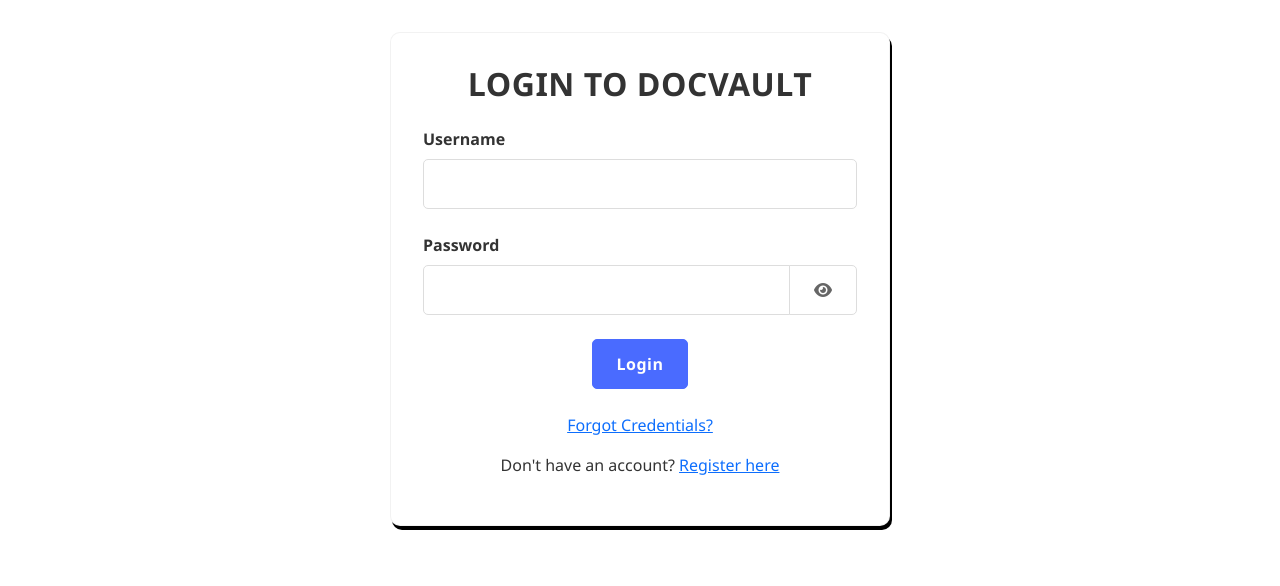
Repository: Satyaveni-Devisetti/DocVault
Page: login.html
An editor plug-in stored every save of this project. The page is shown before and after the next save, followed by the edit.
The browser window is 1280 px wide. The pictures show the whole page.

Above is the page before, as saved 2025-04-28 14:32:40.
Console error: ReferenceError: emailjs is not defined

### login.html
<!DOCTYPE html>
<html lang="en">
<head>
    <meta charset="UTF-8">
    <meta name="viewport" content="width=device-width, initial-scale=1.0">
    <title>Login - DocVault</title>
    <link href="https://cdn.jsdelivr.net/npm/bootstrap@5.3.0/dist/css/bootstrap.min.css" rel="stylesheet">
    <link rel="stylesheet" href="https://cdnjs.cloudflare.com/ajax/libs/font-awesome/6.0.0/css/all.min.css">
    <link rel="stylesheet" href="styles.css">
</head>
<body>
    <div class="container" >
        <div class="row justify-content-center" >
            <div class="col-md-6">
                <div class="form-container fade-in" style="box-shadow: 2px 4px black;">
                    <h2 class="text-center mb-4">Login to DocVault</h2>
                    <div id="alert-container"></div>
                    <form id="login-form">
                        <div class="form-group">
                            <label for="username">Username</label>
                            <input type="text" class="form-control" id="username" name="username" required>
                        </div>
                        <div class="form-group">
                            <label for="password">Password</label>
                            <div class="input-group">
                                <input type="password" class="form-control" id="password" name="password" required>
                                <button class="btn btn-outline-secondary" type="button" id="toggle-password">
                                    <i class="fas fa-eye"></i>
                                </button>
                            </div>
                        </div>
                        <div class="form-group text-center">
                            <button type="submit" class="btn btn-primary btn-block" id="login-button">
                                <span class="button-text">Login</span>
                                <span class="loading d-none"></span>
                            </button>
                        </div>
                        <div class="text-center mt-3">
                            <a href="#" id="forgot-credentials">Forgot Credentials?</a>
                        </div>
                        <div class="text-center mt-3">
                            <p>Don't have an account? <a href="register.html">Register here</a></p>
                        </div>
                    </form>
                </div>
            </div>
        </div>
    </div>

    <!-- Forgot Credentials Modal -->
    <div class="modal fade" id="forgotModal" tabindex="-1">
        <div class="modal-dialog">
            <div class="modal-content">
                <div class="modal-header">
                    <h5 class="modal-title">Recover Credentials</h5>
                    <button type="button" class="btn-close" data-bs-dismiss="modal"></button>
                </div>
                <div class="modal-body">
                    <form id="forgot-form">
                        <div class="form-group">
                            <label for="email">Enter your registered email</label>
                            <input type="email" class="form-control" id="email" name="email" required>
                        </div>
                        <div class="text-center mt-3">
                            <button type="submit" class="btn btn-primary" id="recover-button">
                                <span class="button-text">Recover</span>
                                <span class="loading d-none"></span>
                            </button>
                        </div>
                    </form>
                </div>
            </div>
        </div>
    </div>

    <script src="https://cdn.jsdelivr.net/npm/bootstrap@5.3.0/dist/js/bootstrap.bundle.min.js"></script>
    <script src="https://cdn.jsdelivr.net/npm/@emailjs/browser@3/dist/email.min.js"></script>
    <script>
        (function() {
            emailjs.init("6gwUhzhyxF_mAox_I");
        })();
    </script>
    <script src="script.js"></script>
</body>
</html>

### styles.css
:root {
    --primary-color: #4a6bff;
    --secondary-color: #f8f9fa;
    --text-color: #333;
    --success-color: #28a745;
    --error-color: #dc3545;
}

body {
    font-family: 'Segoe UI', Tahoma, Geneva, Verdana, sans-serif;
    margin: 0;
    padding: 0;
    color: var(--text-color);
}

/* Index Page Styles */
.left-side {
    background-color: var(--secondary-color);
    padding: 2rem;
    display: flex;
    align-items: center;
    justify-content: center;
}

.right-side {
    background-color: white;
    padding: 2rem;
    display: flex;
    flex-direction: column;
    align-items: center;
    justify-content: center;
}

.content h1 {
    font-size: 2.5rem;
    margin-bottom: 1rem;
    color: var(--primary-color);
}

.features {
    list-style: none;
    padding: 0;
}

.features li {
    margin: 1rem 0;
    font-size: 1.1rem;
}

.features i {
    color: var(--primary-color);
    margin-right: 0.5rem;
}

.auth-buttons {
    margin-bottom: 2rem;
}

.auth-buttons .btn {
    margin: 0 0.5rem;
    padding: 0.5rem 1.5rem;
}

.icon-container {
    font-size: 8rem;
    color: var(--primary-color);
    animation: float 3s ease-in-out infinite;
}

@keyframes float {
    0% {
        transform: translateY(0px);
    }
    50% {
        transform: translateY(-20px);
    }
    100% {
        transform: translateY(0px);
    }
}

/* Card and Container Base Styles */
.form-container, .file-card, .alert {
    background: #ffffff;
    border-radius: 10px;
    border: 1px solid rgba(0, 0, 0, 0.05);
    box-shadow: rgba(99, 99, 99, 0.1) 0px 2px 8px 0px, rgba(0, 0, 0, 0.05) 0px 0px 0px 1px;
    transition: all 0.3s ease;
}

.form-container:hover, .file-card:hover {
    box-shadow: rgba(0, 0, 0, 0.1) 0px 10px 15px -3px, rgba(0, 0, 0, 0.05) 0px 4px 6px -2px;
}

.form-container {
    max-width: 500px;
    width: 95%;
    margin: 2rem auto;
    padding: 2rem;
}

.form-container h2 {
    color: #333;
    font-weight: 700;
    margin-bottom: 2rem;
    font-size: clamp(1.5rem, 4vw, 2rem);
    text-transform: uppercase;
    letter-spacing: 0.5px;
}

/* Section Headers */
.section-headers {
    display: flex;
    justify-content: center;
    gap: clamp(1rem, 3vw, 2rem);
    margin-bottom: 2rem;
    padding-bottom: 0.5rem;
    border-bottom: 2px solid #e9ecef;
    flex-wrap: wrap;
}

.section-title {
    color: #666;
    font-size: clamp(1rem, 3vw, 1.25rem);
    font-weight: 600;
    cursor: pointer;
    padding: 0.5rem 1rem;
    margin: 0;
    transition: all 0.3s ease;
    position: relative;
    border: none;
    background: none;
    outline: none;
    white-space: nowrap;
}

.section-title:hover {
    color: var(--primary-color);
}

.section-title.active {
    color: var(--primary-color);
}

.section-title.active::after {
    content: '';
    position: absolute;
    bottom: -0.5rem;
    left: 0;
    width: 100%;
    height: 3px;
    background-color: var(--primary-color);
    transition: all 0.3s ease;
}

/* Form Styles */
.update-form {
    opacity: 0;
    display: none;
    transition: opacity 0.3s ease;
    position: relative;
}

.update-form.active {
    opacity: 1;
    display: block;
}

.form-group {
    margin-bottom: 1.5rem;
}

.form-group label {
    display: block;
    margin-bottom: 0.5rem;
    font-weight: 600;
    color: #333;
    font-size: clamp(0.875rem, 2vw, 1rem);
}

.form-control {
    padding: clamp(0.5rem, 2vw, 0.75rem);
    border-radius: 5px;
    border: 1px solid #ddd;
    width: 100%;
    font-size: clamp(0.875rem, 2vw, 1rem);
    background-color: white;
}

.form-control:focus {
    border-color: var(--primary-color);
    box-shadow: 0 0 0 0.2rem rgba(74, 107, 255, 0.25);
}

/* Input Group for Password Fields */
.input-group {
    display: flex;
    align-items: stretch;
    width: 100%;
    margin-bottom: 1rem;
}

.input-group .form-control {
    border-top-right-radius: 0;
    border-bottom-right-radius: 0;
    margin-bottom: 0;
}

.input-group .btn {
    border-top-left-radius: 0;
    border-bottom-left-radius: 0;
}

/* Button Styles */
.btn {
    padding: clamp(0.5rem, 2vw, 0.75rem) clamp(1rem, 3vw, 1.5rem);
    font-size: clamp(0.875rem, 2vw, 1rem);
    border-radius: 5px;
    transition: all 0.3s ease;
}

.btn-primary {
    background-color: var(--primary-color);
    border-color: var(--primary-color);
    color: white;
    font-weight: 600;
    letter-spacing: 0.5px;
}

.btn-primary:hover {
    transform: translateY(-2px);
    box-shadow: 0 4px 12px rgba(74, 107, 255, 0.2);
}

.btn-outline-secondary {
    background-color: white;
    border-color: #ddd;
    color: #666;
}

.btn-outline-secondary:hover {
    background-color: #f8f9fa;
    border-color: #ddd;
    color: #333;
}

/* File Grid Styles */
.file-grid {
    display: grid;
    grid-template-columns: repeat(auto-fill, minmax(280px, 1fr));
    gap: 1.5rem;
    padding: 1.5rem;
}

.file-card {
    padding: 1.5rem;
    transition: all 0.3s ease;
}

.file-card:hover {
    transform: translateY(-5px);
    box-shadow: rgba(17, 17, 26, 0.1) 0px 8px 24px, rgba(17, 17, 26, 0.1) 0px 16px 56px;
}

.file-actions {
    display: flex;
    justify-content: space-around;
    margin-top: 1rem;
}

.file-actions i {
    cursor: pointer;
    color: var(--primary-color);
    transition: color 0.2s;
}

.file-actions i:hover {
    color: #3a5bef;
}

/* Responsive Design */
@media (max-width: 1200px) {
    .file-grid {
        grid-template-columns: repeat(auto-fill, minmax(250px, 1fr));
        gap: 1.25rem;
        padding: 1.25rem;
    }
}

@media (max-width: 992px) {
    .form-container {
        width: 90%;
        padding: 1.75rem;
    }

    .file-grid {
        grid-template-columns: repeat(auto-fill, minmax(220px, 1fr));
        gap: 1rem;
        padding: 1rem;
    }
}

@media (max-width: 768px) {
    .form-container {
        width: 85%;
        padding: 1.5rem;
        margin: 1.5rem auto;
    }

    .section-headers {
        gap: 1rem;
    }

    .file-grid {
        grid-template-columns: repeat(auto-fill, minmax(200px, 1fr));
    }

    .file-card {
        padding: 1.25rem;
    }
}

@media (max-width: 576px) {
    .form-container {
        width: 92%;
        padding: 1.25rem;
        margin: 1rem auto;
    }

    .section-headers {
        flex-direction: row;
        gap: 0.75rem;
    }

    .section-title {
        padding: 0.4rem 0.8rem;
    }

    .file-grid {
        grid-template-columns: 1fr;
        padding: 0.75rem;
        gap: 1rem;
    }

    .file-card {
        width: 100%;
        min-width: 0;
        max-width: 100%;
        margin: 0 auto 1rem auto;
        box-sizing: border-box;
    }

    .form-group {
        margin-bottom: 1rem;
    }
}

/* Animations */
.fade-in {
    animation: fadeIn 0.5s ease-in;
}

@keyframes fadeIn {
    from {
        opacity: 0;
        transform: translateY(20px);
    }
    to {
        opacity: 1;
        transform: translateY(0);
    }
}

/* Loading Animation */
.loading {
    display: inline-block;
    width: 20px;
    height: 20px;
    border: 3px solid rgba(255,255,255,.3);
    border-radius: 50%;
    border-top-color: #fff;
    animation: spin 1s ease-in-out infinite;
}

@keyframes spin {
    to { transform: rotate(360deg); }
}

/* Error and Success Messages */
.alert {
    margin: 1rem 0;
    padding: clamp(0.75rem, 2vw, 1rem);
    font-size: clamp(0.875rem, 2vw, 1rem);
}

.alert-success {
    background-color: #d4edda;
    border-color: #c3e6cb;
    color: #155724;
}

.alert-error {
    background-color: #f8d7da;
    border-color: #f5c6cb;
    color: #721c24;
}

.spinner-border-sm {
    width: 1rem;
    height: 1rem;
    border-width: 0.2em;
}

.btn:disabled {
    cursor: not-allowed;
    opacity: 0.8;
}

/* Navbar Styles */
.navbar {
    padding: 0.75rem 0;
    background-color: var(--primary-color) !important;
    width: 100%;
    margin: 0;
    box-shadow: 0 2px 8px rgba(0, 0, 0, 0.1);
}

.navbar .container {
    display: flex;
    justify-content: space-between;
    align-items: center;
    padding: 0 2rem;
}

.navbar-brand {
    display: flex;
    align-items: center;
    color: white !important;
    font-size: 1.5rem;
    font-weight: 600;
    text-decoration: none;
}

.navbar-logo {
    width: 40px;
    height: 40px;
    border-radius: 50%;
    margin-right: 12px;
    border: 2px solid white;
    object-fit: cover;
}

.navbar-nav {
    display: flex;
    align-items: center;
    gap: 1.5rem;
}

.nav-link {
    color: white !important;
    text-decoration: none;
    display: flex;
    flex-direction: column;
    align-items: center;
    transition: all 0.3s ease;
}

.nav-icon-circle {
    width: 40px;
    height: 40px;
    border-radius: 50%;
    background: rgba(255, 255, 255, 0.1);
    display: flex;
    align-items: center;
    justify-content: center;
    margin-bottom: 0.5rem;
    border: 2px solid rgba(255, 255, 255, 0.2);
    transition: all 0.3s ease;
}

.nav-link:hover .nav-icon-circle {
    background: white;
    border-color: white;
}

.nav-link:hover .nav-icon-circle i {
    color: var(--primary-color);
}

.nav-link span {
    font-size: 0.875rem;
    color: white;
}

/* Main Icon Styles */
.main-icon {
    display: flex;
    justify-content: center;
    align-items: center;
    height: 100%;
    padding: 2rem;
}

.circular-icon {
    width: 300px;
    height: 300px;
    border-radius: 50%;
    object-fit: cover;
    box-shadow: 0 4px 20px rgba(0, 0, 0, 0.15);
    border: 6px solid var(--primary-color);
}

/* Responsive Styles */
@media (max-width: 1200px) {
    .circular-icon {
        width: 250px;
        height: 250px;
    }
}

@media (max-width: 992px) {
    .navbar-logo {
        width: 40px;
        height: 40px;
    }

    .circular-icon {
        width: 200px;
        height: 200px;
    }
}

@media (max-width: 768px) {
    .navbar .container {
        padding: 0 1rem;
    }

    .navbar-brand {
        font-size: 1.25rem;
    }

    .navbar-logo {
        width: 32px;
        height: 32px;
        margin-right: 8px;
    }

    .circular-icon {
        width: 180px;
        height: 180px;
        border-width: 4px;
    }

    .nav-icon-circle {
        width: 32px;
        height: 32px;
        margin-bottom: 0.25rem;
    }

    .nav-link span {
        font-size: 0.75rem;
    }
}

@media (max-width: 576px) {
    .navbar .container {
        padding: 0 0.75rem;
    }

    .navbar-brand {
        font-size: 1.1rem;
    }

    .navbar-logo {
        width: 28px;
        height: 28px;
        margin-right: 6px;
    }

    .circular-icon {
        width: 150px;
        height: 150px;
    }

    .nav-icon-circle {
        width: 28px;
        height: 28px;
    }

    .section-headers {
        gap: 1rem;
    }

    .section-title {
        font-size: 1.1rem;
        padding: 0.4rem 0.8rem;
    }

    .form-container {
        padding: 1.5rem;
        margin: 1rem;
    }

    .form-container h2 {
        font-size: 1.5rem;
    }

    .nav-link span {
        font-size: 0.7rem;
    }
}

/* Update Details Page Specific */
.nav-tabs {
    border-bottom: 2px solid #dee2e6;
    margin-bottom: 2rem;
}

.nav-tabs .nav-link {
    color: var(--text-color);
    font-weight: 500;
    padding: 0.75rem 1.5rem;
    border: none;
    border-bottom: 2px solid transparent;
    margin-bottom: -2px;
}

.nav-tabs .nav-link:hover {
    border-color: transparent;
    color: var(--primary-color);
}

.nav-tabs .nav-link.active {
    color: var(--primary-color);
    background: none;
    border-bottom: 2px solid var(--primary-color);
}

.tab-content {
    padding: 1rem 0;
}

/* Responsive Navbar */
@media (min-width: 769px) and (max-width: 1200px) {
    /* Tablet - Keep navbar similar to desktop */
    .navbar .container {
        padding: 0 1.5rem;
    }

    .navbar-logo {
        width: 35px;
        height: 35px;
    }

    .nav-icon-circle {
        width: 35px;
        height: 35px;
    }
}

@media (max-width: 768px) {
    /* Mobile navbar adjustments */
    .navbar {
        padding: 0.5rem 0;
    }

    .navbar .container {
        padding: 0 1rem;
    }

    .navbar-brand {
        font-size: 1.25rem;
    }

    .navbar-logo {
        width: 32px;
        height: 32px;
        margin-right: 8px;
    }

    .navbar-nav {
        gap: 1rem;
    }

    .nav-icon-circle {
        width: 32px;
        height: 32px;
        margin-bottom: 0.25rem;
    }

    .nav-link span {
        font-size: 0.75rem;
    }
}

@media (max-width: 576px) {
    /* Small mobile navbar */
    .navbar .container {
        padding: 0 0.75rem;
    }

    .navbar-brand {
        font-size: 1.1rem;
    }

    .navbar-logo {
        width: 28px;
        height: 28px;
        margin-right: 6px;
    }

    .navbar-nav {
        gap: 0.75rem;
    }

    .nav-icon-circle {
        width: 28px;
        height: 28px;
    }

    .nav-link span {
        font-size: 0.7rem;
    }
}

/* Mobile and Tablet Styles */
@media (max-width: 991.98px) {
    .navbar-nav {
        flex-direction: row;
        justify-content: space-around;
        width: 100%;
        padding: 0.5rem 0;
    }

    .nav-link {
        display: flex;
        flex-direction: column;
        align-items: center;
        padding: 0.5rem;
    }

    .nav-icon-circle {
        margin-bottom: 0.25rem;
    }

    .section-headers {
        flex-direction: row;
        flex-wrap: wrap;
    }

    .section-title {
        flex: 1;
        min-width: 150px;
        margin: 0.25rem;
        padding: 0.75rem;
        font-size: 0.9rem;
    }

    .update-form {
        padding: 1rem;
    }

    .form-group {
        margin-bottom: 1rem;
    }
}

/* Tablet specific styles */
@media (min-width: 768px) and (max-width: 991.98px) {
    .container {
        max-width: 95%;
    }

    .section-headers {
        gap: 1rem;
    }

    .section-title {
        font-size: 1rem;
    }
}

/* Mobile specific styles */
@media (max-width: 767.98px) {
    .container {
        padding: 0 1rem;
    }

    .section-headers {
        gap: 0.5rem;
    }

    .section-title {
        font-size: 0.85rem;
        padding: 0.5rem;
    }

    .form-container {
        padding: 1rem;
    }
}

/* Update Details Page Specific */
.update-sections {
    width: 100%;
}

.update-section {
    background: #fff;
    border-radius: 8px;
    padding: 1.5rem;
    height: 100%;
    box-shadow: 0 2px 4px rgba(0,0,0,0.05);
}

.update-section h3.section-title {
    color: var(--primary-color);
    font-size: 1.25rem;
    margin-bottom: 1.5rem;
    padding-bottom: 0.75rem;
    border-bottom: 2px solid var(--primary-color);
}

/* Mobile and Tablet Styles */
@media (max-width: 991.98px) {
    /* Navbar adjustments */
    .navbar {
        padding: 0.5rem 0;
    }

    .navbar .container {
        padding: 0.5rem;
    }

    .navbar-nav {
        display: flex;
        flex-direction: row;
        justify-content: flex-end;
        gap: 1rem;
        margin: 0;
    }

    .nav-link {
        padding: 0;
        margin: 0;
    }

    .nav-icon-circle {
        width: 36px;
        height: 36px;
        margin-bottom: 4px;
    }

    .nav-link span {
        font-size: 0.7rem;
    }

    /* Update sections adjustments */
    .form-container {
        padding: 1rem;
        margin: 0.5rem auto;
    }

    .update-section {
        padding: 1rem;
        margin-bottom: 1rem;
    }

    .update-section h3.section-title {
        font-size: 1.1rem;
        margin-bottom: 1rem;
        text-align: center;
    }

    .form-group {
        margin-bottom: 0.75rem;
    }

    .btn {
        padding: 0.5rem 1rem;
    }
}

/* Tablet specific styles */
@media (min-width: 768px) and (max-width: 991.98px) {
    .navbar-brand {
        font-size: 1.3rem;
    }

    .nav-icon-circle {
        width: 40px;
        height: 40px;
    }

    .nav-link span {
        font-size: 0.8rem;
    }

    .update-section {
        padding: 1.25rem;
    }

    .update-section h3.section-title {
        font-size: 1.2rem;
    }
}

/* Mobile specific styles */
@media (max-width: 767.98px) {
    .navbar-brand {
        font-size: 1.1rem;
    }

    .navbar-logo {
        width: 30px;
        height: 30px;
    }

    .nav-icon-circle {
        width: 32px;
        height: 32px;
    }

    .nav-link span {
        font-size: 0.65rem;
    }

    .form-container {
        padding: 0.75rem;
    }

    .update-section {
        padding: 1rem;
    }

    .update-section h3.section-title {
        font-size: 1rem;
    }

    .form-group label {
        font-size: 0.9rem;
    }

    .form-control {
        font-size: 0.9rem;
        padding: 0.4rem 0.75rem;
    }
}

Loaded but not shown: script.js (985 lines, source omitted)

After the next save:
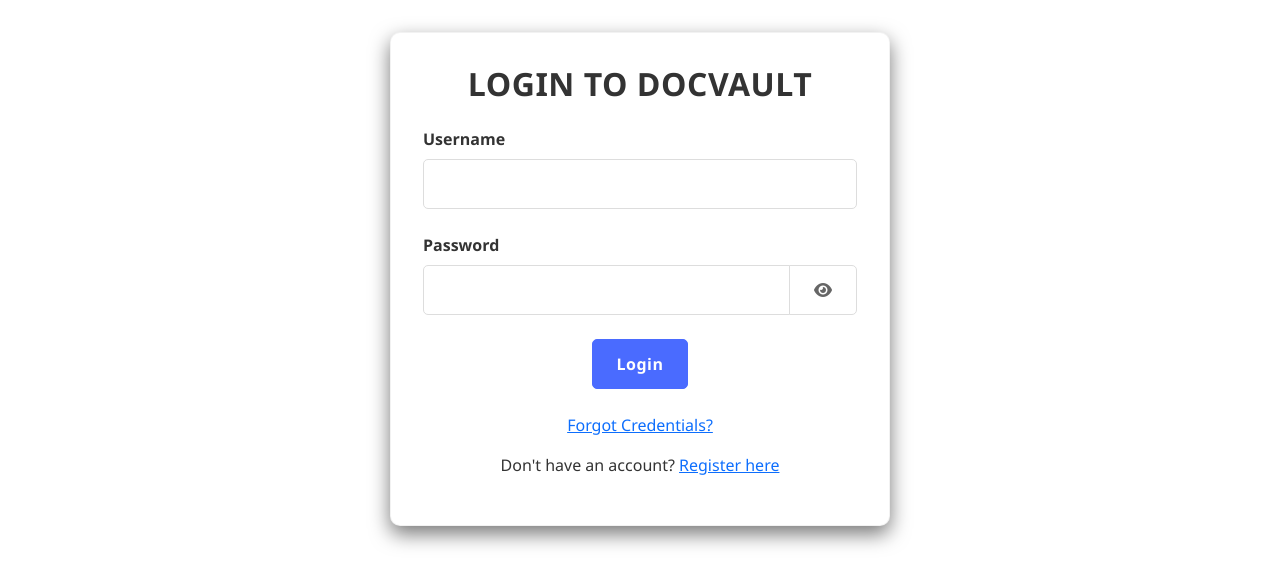
Saved 83 s later.
--- a/login.html
+++ b/login.html
@@ -12,7 +12,7 @@
     <div class="container" >
         <div class="row justify-content-center" >
             <div class="col-md-6">
-                <div class="form-container fade-in" style="box-shadow: 2px 4px black;">
+                <div class="form-container fade-in" style="box-shadow: 0 8px 20px rgba(0, 0, 0, 0.534);">
                     <h2 class="text-center mb-4">Login to DocVault</h2>
                     <div id="alert-container"></div>
                     <form id="login-form">
